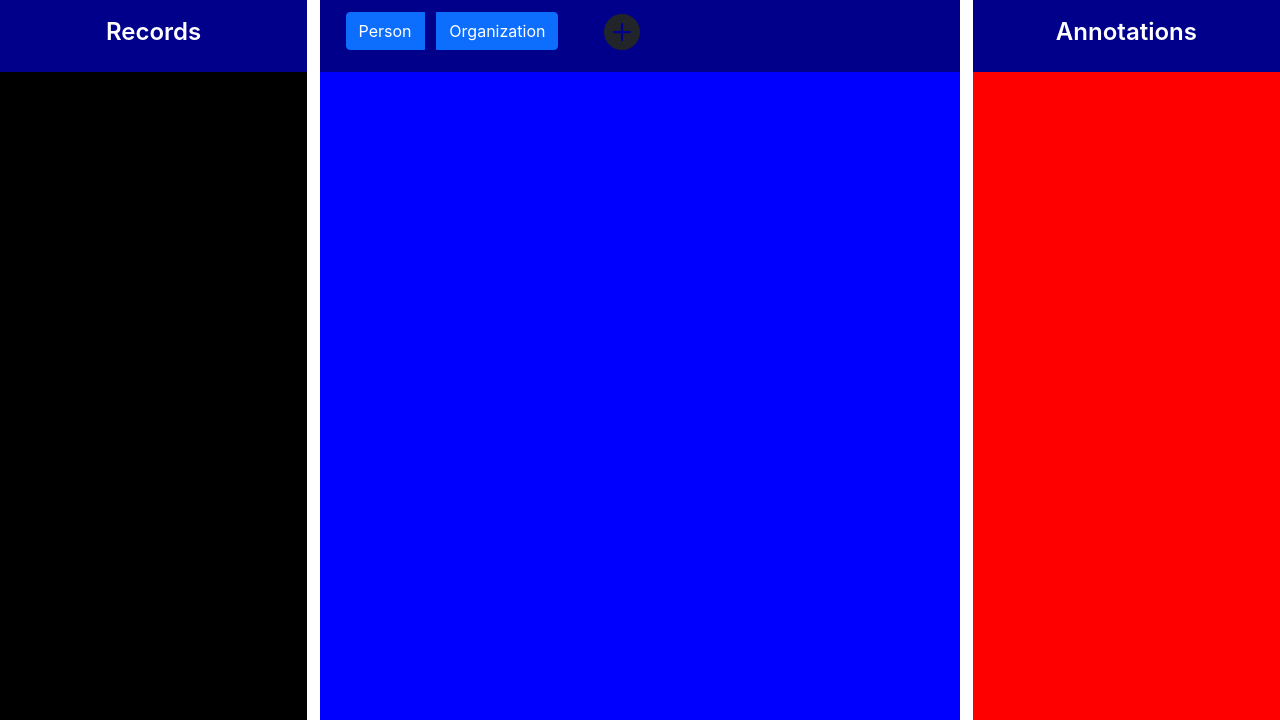
Repository: napan24/classforma_assignment
Page: / (app in client/)
The author's editor kept a copy of each file at every save. The page is drawn from the files as they stood at one save, then again after the next save.
The browser window is 1280 px wide. The pictures show the whole page.
The project was rebuilt for these pictures with package versions that can differ from the ones it lists, and the page was loaded fresh each time. Also part of the build but not shown: client/src/App.css.

Above is the page before, as saved 2022-07-19 17:05:48.

### client/public/index.html
<!DOCTYPE html>
<html lang="en">
  <head>
    <meta charset="utf-8" />
    <link rel="icon" href="%PUBLIC_URL%/favicon.ico" />
    <meta name="viewport" content="width=device-width, initial-scale=1" />
    <meta name="theme-color" content="#000000" />
    <meta
      name="description"
      content="Web site created using create-react-app"
    />
    <link href="https://cdn.jsdelivr.net/npm/bootstrap@5.1.3/dist/css/bootstrap.min.css" rel="stylesheet" integrity="sha384-1BmE4kWBq78iYhFldvKuhfTAU6auU8tT94WrHftjDbrCEXSU1oBoqyl2QvZ6jIW3" crossorigin="anonymous">
    <link rel="apple-touch-icon" href="%PUBLIC_URL%/logo192.png" />
    <!--
      manifest.json provides metadata used when your web app is installed on a
      user's mobile device or desktop. See https://developers.google.com/web/fundamentals/web-app-manifest/
    -->
    <link rel="manifest" href="%PUBLIC_URL%/manifest.json" />
    <!--
      Notice the use of %PUBLIC_URL% in the tags above.
      It will be replaced with the URL of the `public` folder during the build.
      Only files inside the `public` folder can be referenced from the HTML.

      Unlike "/favicon.ico" or "favicon.ico", "%PUBLIC_URL%/favicon.ico" will
      work correctly both with client-side routing and a non-root public URL.
      Learn how to configure a non-root public URL by running `npm run build`.
    -->
    <title>React App</title>
  </head>
  <body>
    <noscript>You need to enable JavaScript to run this app.</noscript>
    <div id="root"></div>
    <!--
      This HTML file is a template.
      If you open it directly in the browser, you will see an empty page.

      You can add webfonts, meta tags, or analytics to this file.
      The build step will place the bundled scripts into the <body> tag.

      To begin the development, run `npm start` or `yarn start`.
      To create a production bundle, use `npm run build` or `yarn build`.
    -->
    <script src="https://cdn.jsdelivr.net/npm/bootstrap@5.1.3/dist/js/bootstrap.bundle.min.js" integrity="sha384-ka7Sk0Gln4gmtz2MlQnikT1wXgYsOg+OMhuP+IlRH9sENBO0LRn5q+8nbTov4+1p" crossorigin="anonymous"></script>
  </body>
</html>

### client/src/App.js
import logo from './logo.svg';
import './App.css';
import Home from './Home';

function App() {
  return (
    <>
      <Home></Home>
    </>
  );
}

export default App;

### client/src/Home.js
import React from 'react'

const Home = () => {
    return (
        <>
            <div style={{ display: 'flex', width: "100vw", height: "100vh" }}>
                <div style={{ width: "24vw", height: "100vh", backgroundColor: "black", marginRight: "1vw" }}>
                    <div style={{ width: "24vw", height: "10vh", backgroundColor: "#00008b", textAlign: 'center', fontSize: '150%', color: "white", fontWeight: "600", position: "fixed" }}>
                        <p style={{ marginTop: "2vh" }}>
                            Records
                        </p>
                    </div>
                    <div>

                    </div>
                </div>
                <div style={{ width: "50vw", height: "100vh", backgroundColor: "blue", marginRight: "1vw" }}>
                    <div style={{ width: "50vw", height: "10vh", backgroundColor: "#00008b" }}>
                        <div class="btn-group" style={{ marginTop: "1.5vh", marginLeft: "2vw" }}>
                            <button type="button" class="btn btn-primary" style={{ marginRight: "1vw" }}>Person</button>
                            <button type="button" class="btn btn-primary">Organization</button>
                        </div>
                        <svg style={{width:"20%",height:"50%",marginTop:'2vh'}} xmlns="http://www.w3.org/2000/svg" fill="currentColor" class="bi bi-plus-circle-fill" viewBox="0 0 16 16">
                            <path d="M16 8A8 8 0 1 1 0 8a8 8 0 0 1 16 0zM8.5 4.5a.5.5 0 0 0-1 0v3h-3a.5.5 0 0 0 0 1h3v3a.5.5 0 0 0 1 0v-3h3a.5.5 0 0 0 0-1h-3v-3z" />
                        </svg>
                    </div>
                    <div>

                    </div>
                </div>
                <div style={{ width: "24vw", height: "100vh", backgroundColor: "red" }}>
                    <div style={{ width: "24vw", height: "10vh", backgroundColor: "#00008b", textAlign: 'center', fontSize: '150%', color: "white", fontWeight: "600", position: "fixed" }}>
                        <p style={{ marginTop: "2vh" }}>
                            Annotations
                        </p>
                    </div>
                    <div>

                    </div>
                </div>
            </div>
        </>
    )
}

export default Home

Loaded but not shown: client/src/index.js (common file); client/src/index.css (common file); client/src/reportWebVitals.js (common file)

After the next save:
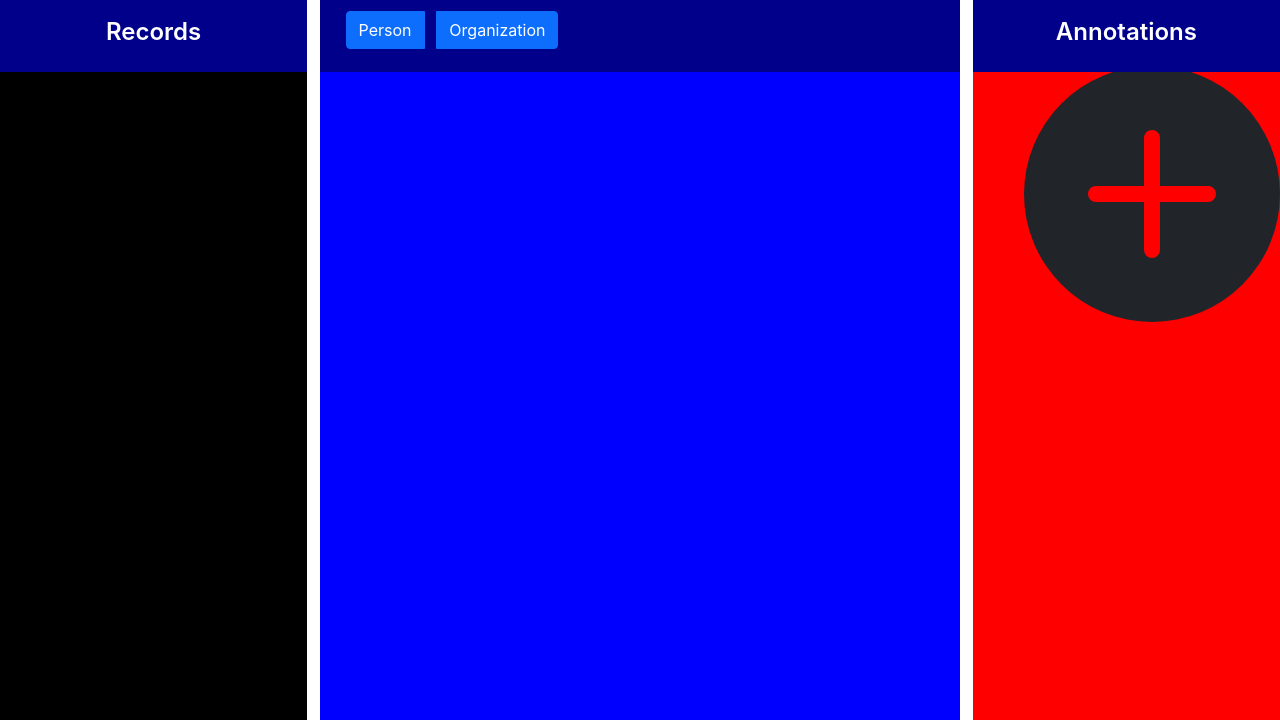
Saved 11 s later.
--- a/client/src/Home.js
+++ b/client/src/Home.js
@@ -20,7 +20,7 @@ const Home = () => {
                             <button type="button" class="btn btn-primary" style={{ marginRight: "1vw" }}>Person</button>
                             <button type="button" class="btn btn-primary">Organization</button>
                         </div>
-                        <svg style={{width:"20%",height:"50%",marginTop:'2vh'}} xmlns="http://www.w3.org/2000/svg" fill="currentColor" class="bi bi-plus-circle-fill" viewBox="0 0 16 16">
+                        <svg style={{width:"20%",height:"50%",marginTop:'2vh',position:"absolute",right:"0"}} xmlns="http://www.w3.org/2000/svg" fill="currentColor" class="bi bi-plus-circle-fill" viewBox="0 0 16 16">
                             <path d="M16 8A8 8 0 1 1 0 8a8 8 0 0 1 16 0zM8.5 4.5a.5.5 0 0 0-1 0v3h-3a.5.5 0 0 0 0 1h3v3a.5.5 0 0 0 1 0v-3h3a.5.5 0 0 0 0-1h-3v-3z" />
                         </svg>
                     </div>
